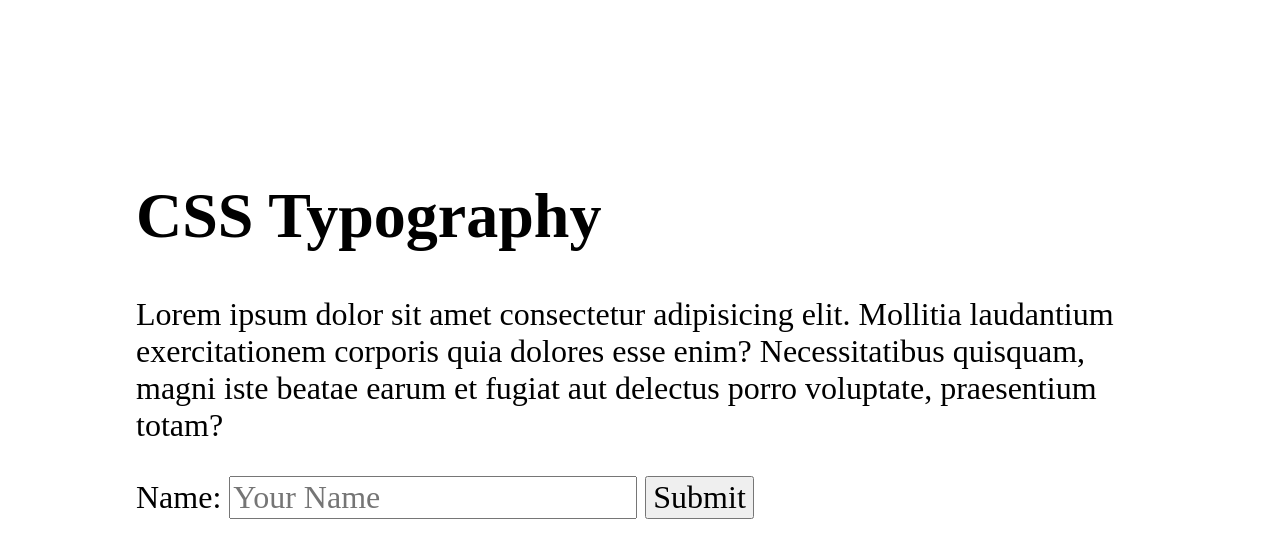
Repository: madhurik9999/Css
Page: index.html
These files come from the project's save history. The page is drawn as it stood at one moment and after the next save; the edit follows.
The browser window is 1280 px wide. The pictures show the whole page.

Above is the page before, as saved 2023-12-10 13:19:29.

After the next save:
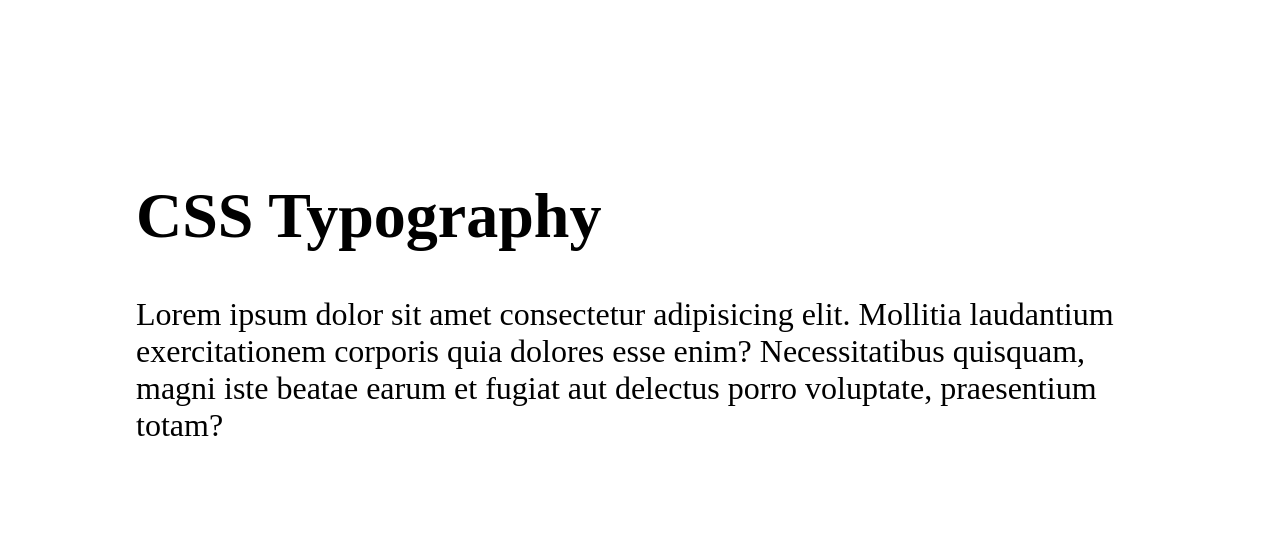
Saved 24 s later.
--- a/index.html
+++ b/index.html
@@ -17,12 +17,12 @@
         <p>Lorem ipsum dolor sit amet consectetur adipisicing elit. Mollitia laudantium exercitationem corporis quia
             dolores esse enim? Necessitatibus quisquam, magni iste beatae earum et fugiat aut delectus porro voluptate,
             praesentium totam?</p>
-
+        <!--
         <form>
             <label for="name">Name:</label>
             <input id="name" type="text" placeholder="Your Name" />
             <button>Submit</button>
-        </form>
+        </form> -->
     </main>
 </body>
 
